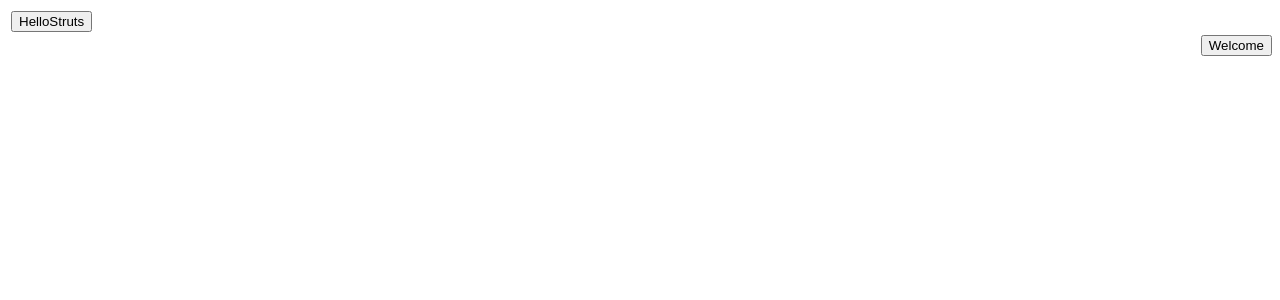
Repository: 1209mori05/test
Page: http://localhost/WebProj3/
The author's editor kept a copy of each file at every save. The page is drawn from the files as they stood at one save, then again after the next save.
The browser window is 1280 px wide. The pictures show the whole page.
The page is served by Tomcat 9. Other server files are loaded and not shown.

Above is the page before, as saved 2018-03-14 08:05:40.

### WebProj3/WebContent/index.jsp
<%@ page language="java" contentType="text/html; charset=UTF-8"
    pageEncoding="UTF-8"%>
<%@ taglib prefix="s" uri="/struts-tags" %>
<!DOCTYPE html>
<html>
<head>
<meta charset="UTF-8">
<title>INDEX</title>
</head>
<body>
	<s:form action="HelloStrutsAction">
		<s:submit value="HelloStruts" />
	</s:form>

	<form action="WelcomeAction">
		<s:submit value="Welcome" />
	</form>
</body>
</html>

After the next save:
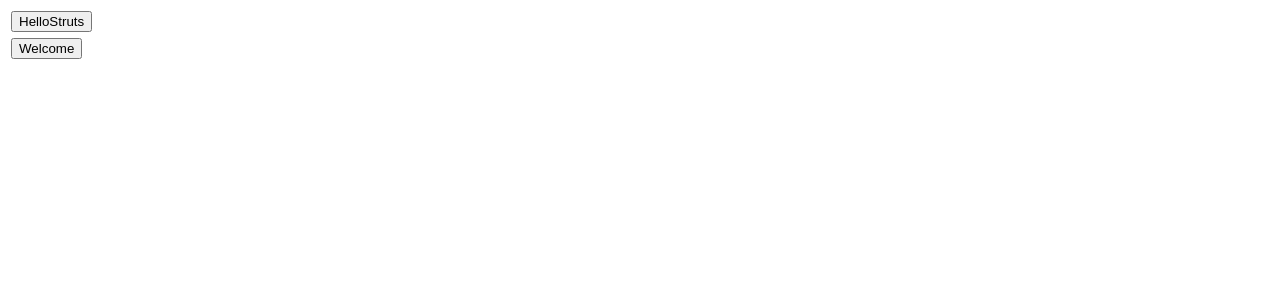
Saved 19 min 12 s later.
--- a/WebProj3/WebContent/index.jsp
+++ b/WebProj3/WebContent/index.jsp
@@ -12,8 +12,8 @@
 		<s:submit value="HelloStruts" />
 	</s:form>
 
-	<form action="WelcomeAction">
+	<s:form action="WelcomeAction">
 		<s:submit value="Welcome" />
-	</form>
+	</s:form>
 </body>
 </html>
